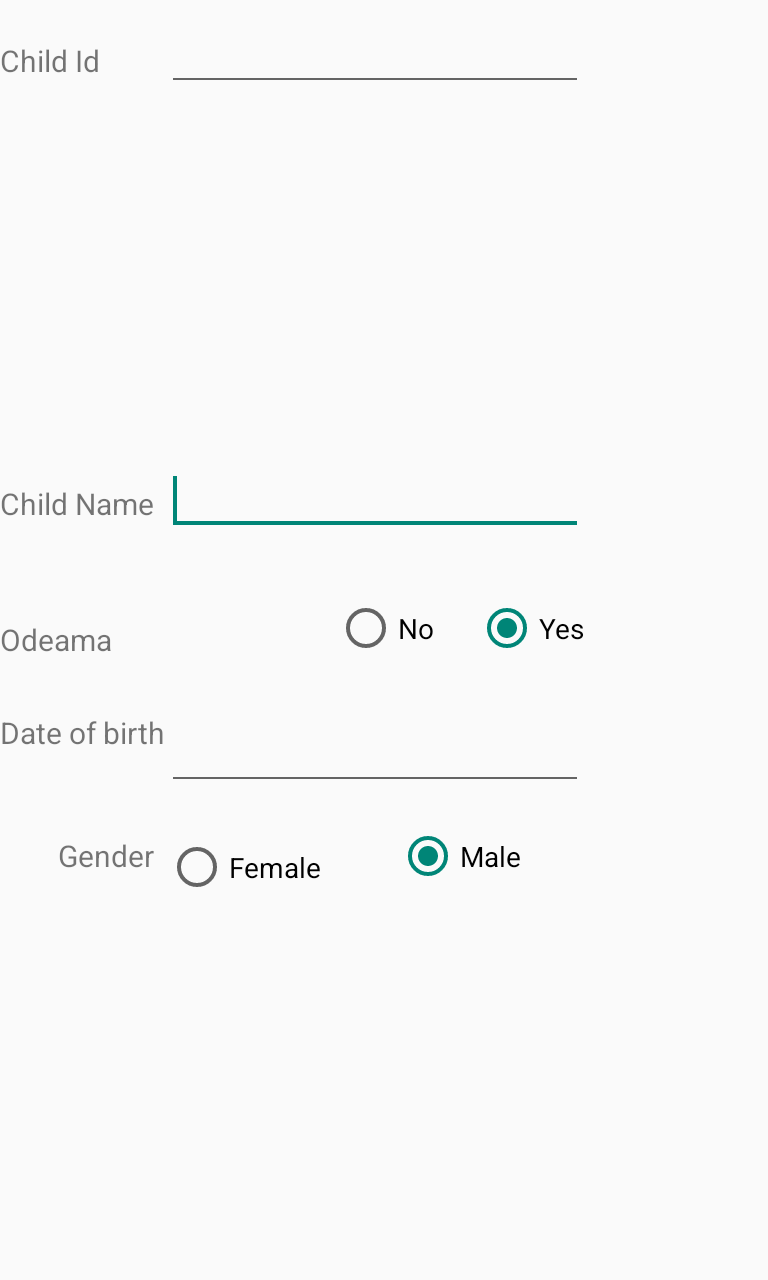
Repository: Team-7/hopeworldwide
Layout: workspace/HopeWWdatabase/res/layout/activity_main.xml
These files come from the project's save history. The layout is drawn as it stood at one moment and after the next save; the edit follows.
It is drawn on a 768 x 1280 px phone screen (xhdpi) without system bars, with theme AppTheme; the app's code is not run.

Above is the layout before, as saved 2014-04-10 09:23:55.

After the next save:
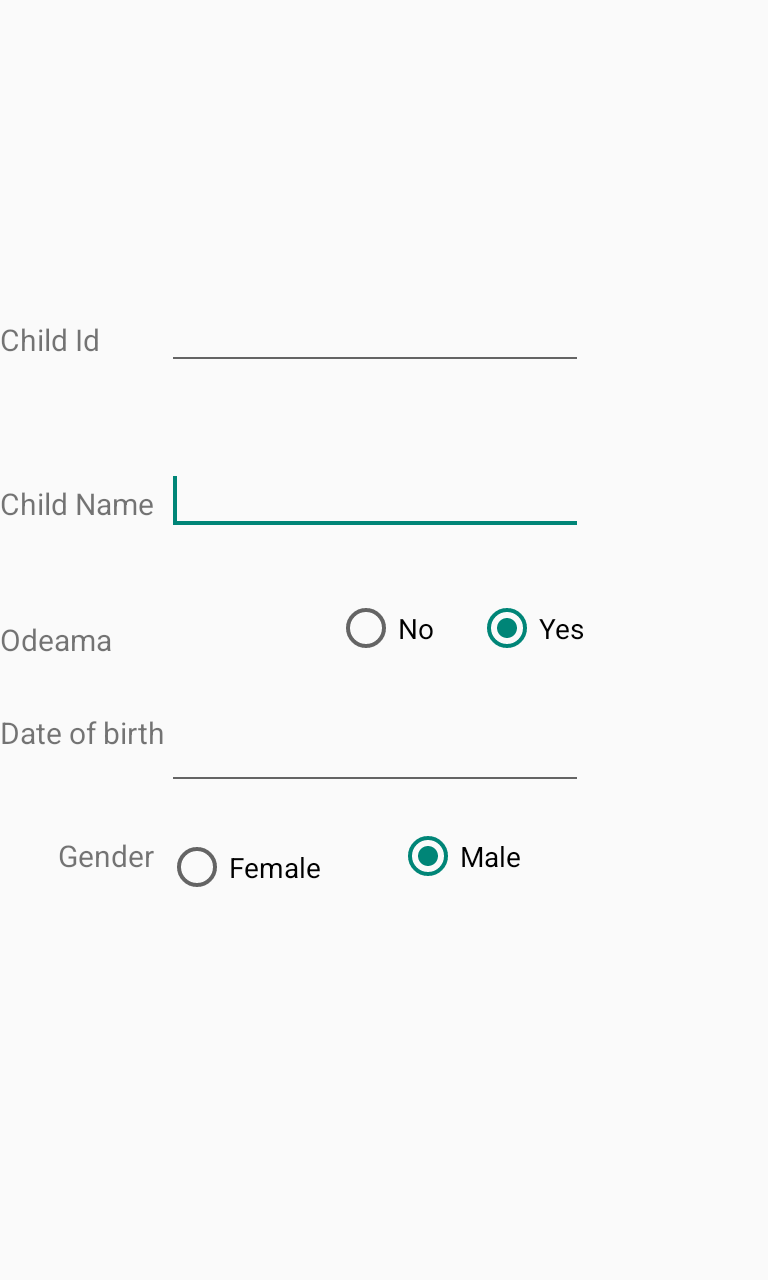
Saved 21 s later.
--- a/workspace/HopeWWdatabase/res/layout/activity_main.xml
+++ b/workspace/HopeWWdatabase/res/layout/activity_main.xml
@@ -9,16 +9,6 @@
     <RelativeLayout
         android:layout_width="match_parent"
         android:layout_height="match_parent" >
-
-        <TextView
-            android:id="@+id/textView1"
-            android:layout_width="wrap_content"
-            android:layout_height="wrap_content"
-            android:layout_alignParentLeft="true"
-            android:layout_alignParentTop="true"
-            android:layout_marginTop="20dp"
-            android:text="Child Id"
-            android:textSize="15sp" />
 
         <EditText
             android:id="@+id/editText1"
@@ -50,15 +40,6 @@
             android:layout_width="wrap_content"
             android:layout_height="wrap_content" >
         </RadioGroup>
-
-        <TextView
-            android:id="@+id/textView3"
-            android:layout_width="wrap_content"
-            android:layout_height="wrap_content"
-            android:layout_alignParentLeft="true"
-            android:layout_centerVertical="true"
-            android:text="Odeama"
-            android:textSize="15sp" />
 
         <TextView
             android:id="@+id/textView4"
@@ -139,6 +120,25 @@
             android:layout_centerHorizontal="true"
             android:text="No" />
 
+        <TextView
+            android:id="@+id/textView3"
+            android:layout_width="wrap_content"
+            android:layout_height="wrap_content"
+            android:layout_centerVertical="true"
+            android:layout_toRightOf="@+id/radioOdeama"
+            android:text="Odeama"
+            android:textSize="15sp" />
+
+        <TextView
+            android:id="@+id/textView1"
+            android:layout_width="wrap_content"
+            android:layout_height="wrap_content"
+            android:layout_above="@+id/editText2"
+            android:layout_alignParentLeft="true"
+            android:layout_marginBottom="48dp"
+            android:text="Child Id"
+            android:textSize="15sp" />
+
     </RelativeLayout>
 
 </FrameLayout>
